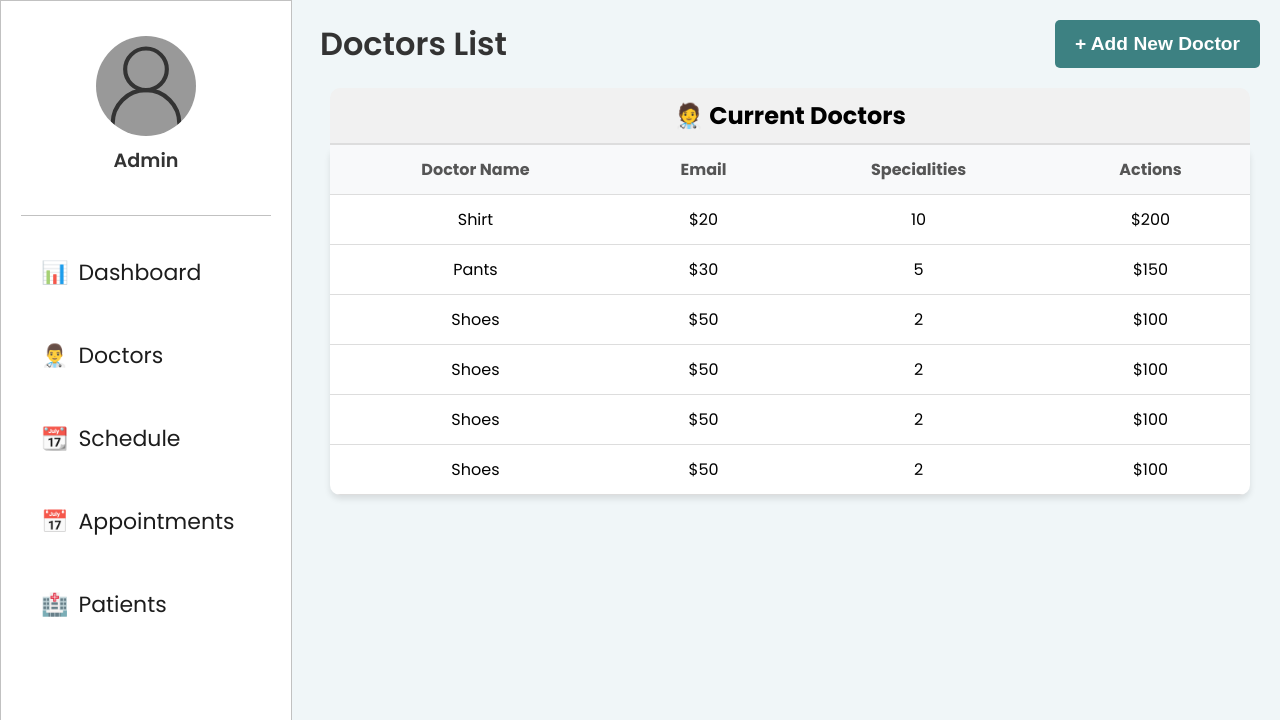
Repository: AriaFantom/Minor-Project
Page: http://localhost/Project/dashboard/admin/schedule.jsp
The author's editor kept a copy of each file at every save. The page is drawn from the files as they stood at one save, then again after the next save.
The browser window is 1280 px wide. The pictures show the whole page.
Some web fonts or font styles are not loaded; a fallback is used. The page is served by Tomcat 10.

Above is the page before, as saved 2024-12-05 05:01:40.

After the next save:
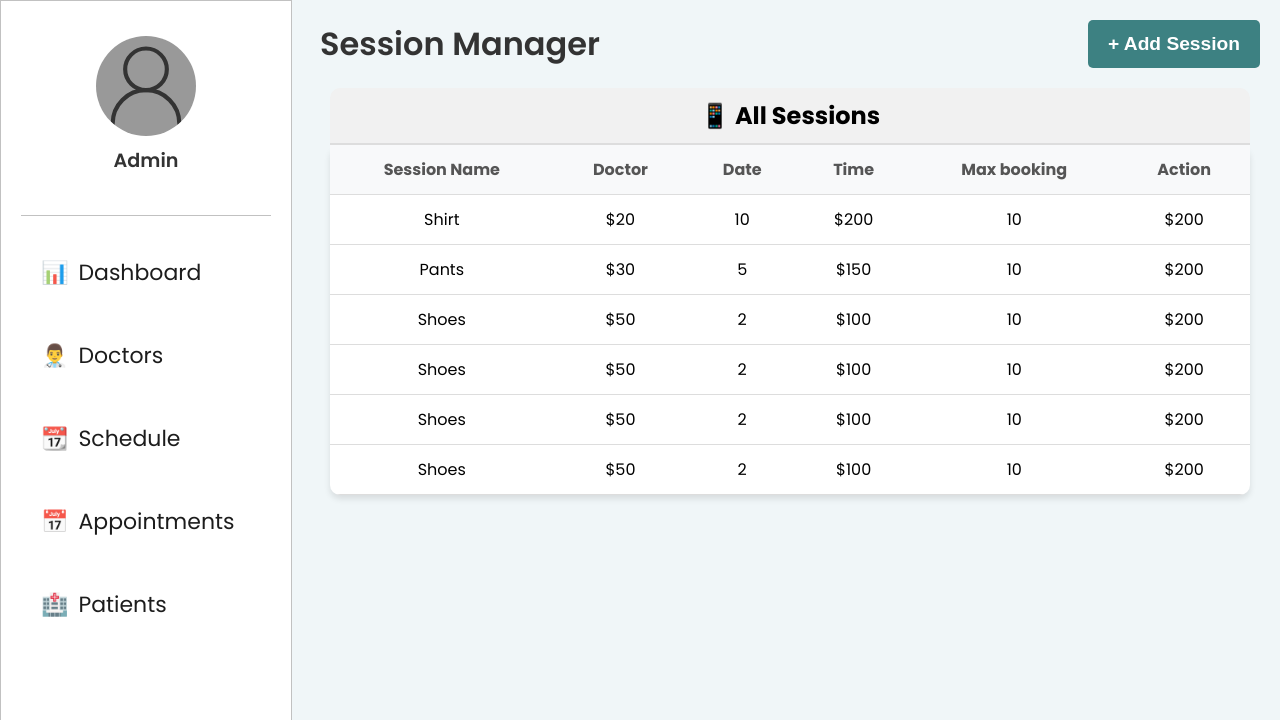
Saved 99 s later.
--- a/Project/src/main/webapp/dashboard/admin/schedule.jsp
+++ b/Project/src/main/webapp/dashboard/admin/schedule.jsp
@@ -53,18 +53,20 @@
 </aside>
 <main>
     <div class="top-heading">
-        <h4 class="panel-heading">Doctors List</h4>
-        <button class="add-button">+ Add New Doctor</button>
+        <h4 class="panel-heading">Session Manager</h4>
+        <button class="add-button">+ Add Session</button>
     </div>
     <div class="container">
         <table class="appointment-table">
-            <caption>🧑‍⚕️ Current Doctors</caption>
+            <caption>📱 All Sessions</caption>
             <thead>
             <tr>
-                <th>Doctor Name</th>
-                <th>Email</th>
-                <th>Specialities</th>
-                <th>Actions</th>
+                <th>Session Name</th>
+                <th>Doctor</th>
+                <th>Date</th>
+                <th>Time</th>
+                <th>Max booking</th>
+                <th>Action</th>
             </tr>
             </thead>
             <tbody>
@@ -73,36 +75,48 @@
                 <td>$20</td>
                 <td>10</td>
                 <td>$200</td>
+                <td>10</td>
+                <td>$200</td>
             </tr>
             <tr>
                 <td>Pants</td>
                 <td>$30</td>
                 <td>5</td>
                 <td>$150</td>
+                <td>10</td>
+                <td>$200</td>
             </tr>
             <tr>
                 <td>Shoes</td>
                 <td>$50</td>
                 <td>2</td>
                 <td>$100</td>
+                <td>10</td>
+                <td>$200</td>
             </tr>
             <tr>
                 <td>Shoes</td>
                 <td>$50</td>
                 <td>2</td>
                 <td>$100</td>
+                <td>10</td>
+                <td>$200</td>
             </tr>
             <tr>
                 <td>Shoes</td>
                 <td>$50</td>
                 <td>2</td>
                 <td>$100</td>
+                <td>10</td>
+                <td>$200</td>
             </tr>
             <tr>
                 <td>Shoes</td>
                 <td>$50</td>
                 <td>2</td>
                 <td>$100</td>
+                <td>10</td>
+                <td>$200</td>
             </tr>
             </tbody>
         </table>
